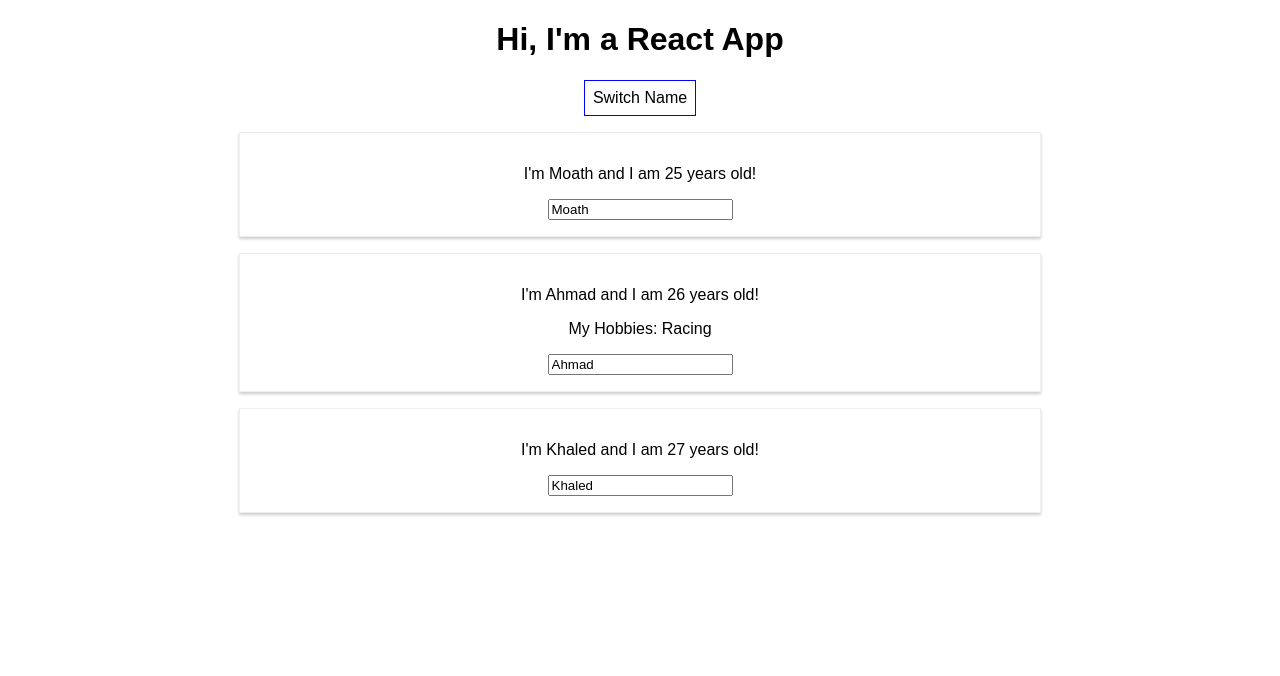
Repository: MuathYHKefayah/React-Basics
Page: /
The author's editor kept a copy of each file at every save. The page is drawn from the files as they stood at one save, then again after the next save.
The browser window is 1280 px wide. The pictures show the whole page.
The project was rebuilt for these pictures with package versions that can differ from the ones it lists, and the page was loaded fresh each time.

Above is the page before, as saved 2020-12-12 08:37:17.

After the next save:
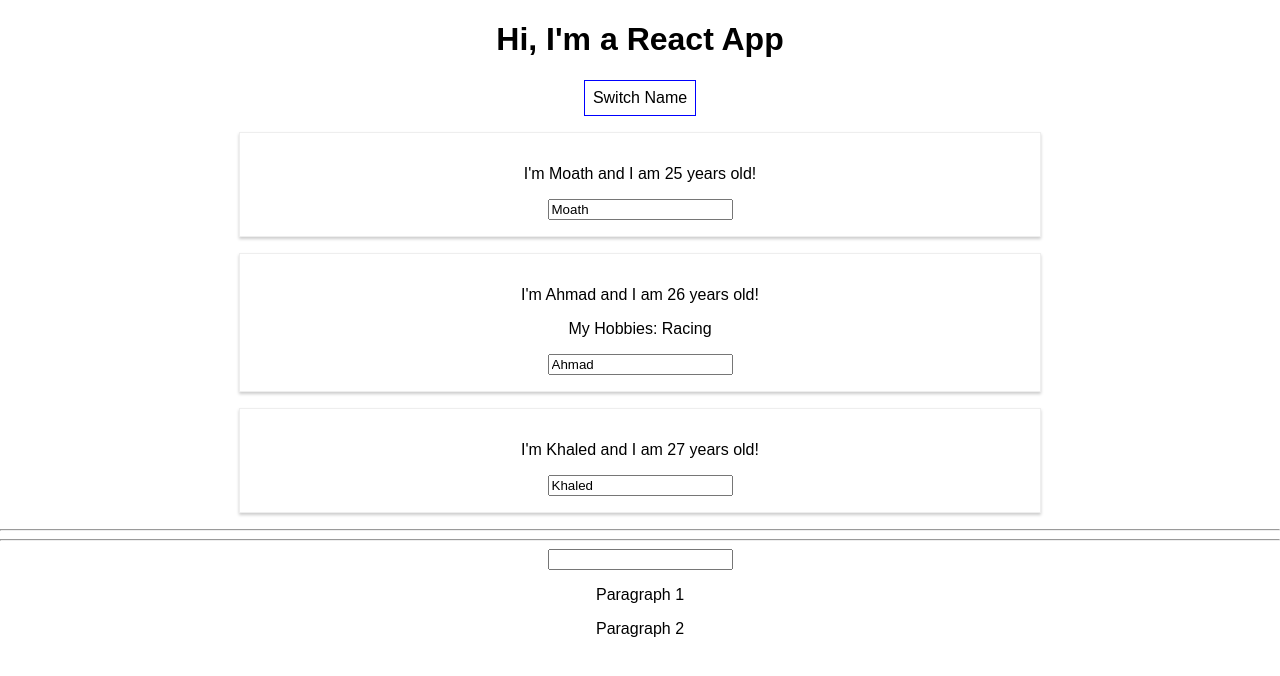
Saved 3 min 39 s later.
--- a/src/App.js
+++ b/src/App.js
@@ -1,6 +1,8 @@
 import React, { Component } from 'react';
 import './App.css';
 import Person from './Person/Person';
+import UserInput from './UserInput/UserInput';
+import UserOutput from './UserOutput/UserOutput';
 
 class App extends Component {
   state = {
@@ -56,7 +58,10 @@ class App extends Component {
           changed={this.nameChangedHandler}
           >My Hobbies: Racing</Person>
         <Person name={this.state.persons[2].name} age={this.state.persons[2].age}/>
-
+        <hr/>
+        <hr/>
+        <UserInput />
+        <UserOutput />
       </div>
     );
     //return React.createElement('div', {className: 'App'} , React.createElement('h1', null , 'Hi, I\'m a React App !!!' ))
